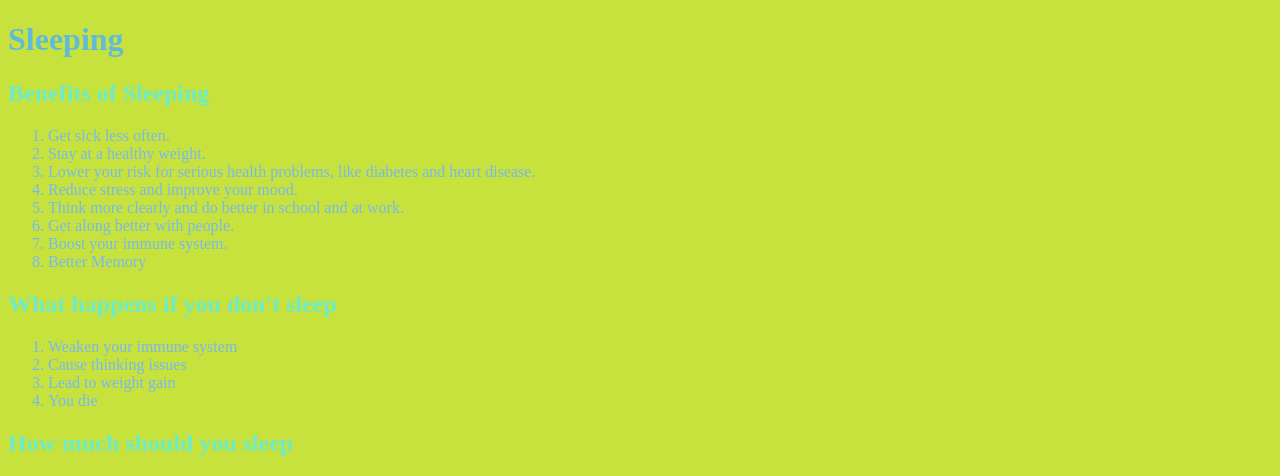
Repository: Darrenyyds/class1
Page: Myhobbies.html
An editor plug-in stored every save of this project. The page is shown before and after the next save, followed by the edit.
The browser window is 1280 px wide. The pictures show the part of the page from y = 0 to 476 px (the page is 1126 px tall).
Pictures or frames that could not be fetched are drawn as grey boxes.

Above is the page before, as saved 2023-02-04 15:13:37.

### Myhobbies.html
<!DOCTYPE html>
<html lang="en">
  <head>
    <title>My Hobbies</title>
    <meta charset="UTF-8" />
    <meta name="viewport" content="width=device-width, initial-scale=1" />
    <link href="Myhobbies.css" rel="stylesheet" />
  </head>
  <body>
    <h1>Sleeping</h1>
    <h2>Benefits of Sleeping</h2>
    <ol>
      <li>Get sick less often.</li>
      <li>Stay at a healthy weight.</li>
      <li>
        Lower your risk for serious health problems, like diabetes and heart
        disease.
      </li>
      <li>Reduce stress and improve your mood.</li>
      <li>Think more clearly and do better in school and at work.</li>
      <li>Get along better with people.</li>
      <li>Boost your immune system.</li>
      <li>Better Memory</li>
    </ol>
    <h2>What happens if you don't sleep</h2>
    <ol>
      <li>Weaken your immune system</li>
      <li>Cause thinking issues</li>
      <li>Lead to weight gain</li>
      <li>You die</li>
    </ol>
    <h2>How much should you sleep</h2>
    <div class="graph">
      <div class="graph-shadow"></div>
    </div>
    <p>
      The graph is self-explanatory, if you still can't understand it, please
      contact a mental doctor
    </p>
  </body>
</html>

### Myhobbies.css
Body {
  background-color: rgb(199, 226, 60);
}
.graph {
  background-image: url(https://www.sleepdr.com/wp-content/uploads/2016/11/Sleep-Duration-Guidelines.png);
  width: 80%;
  height: 600px;
  background-repeat: no-repeat;
  background-size: contain;
  z-index: 1;
}

.graph-shadow {
  position: relative;
  z-index: 2;
  width: 68%;
  height: 100%;
  background-color: rgba(204, 228, 160, 0.3);
}

h1 {
  color: rgb(98, 186, 218);
}
p {
  color: rgb(120, 184, 241);
}

ol {
  color: rgb(120, 184, 241);
}

h2 {
  color: rgb(108, 236, 200);
}

After the next save:
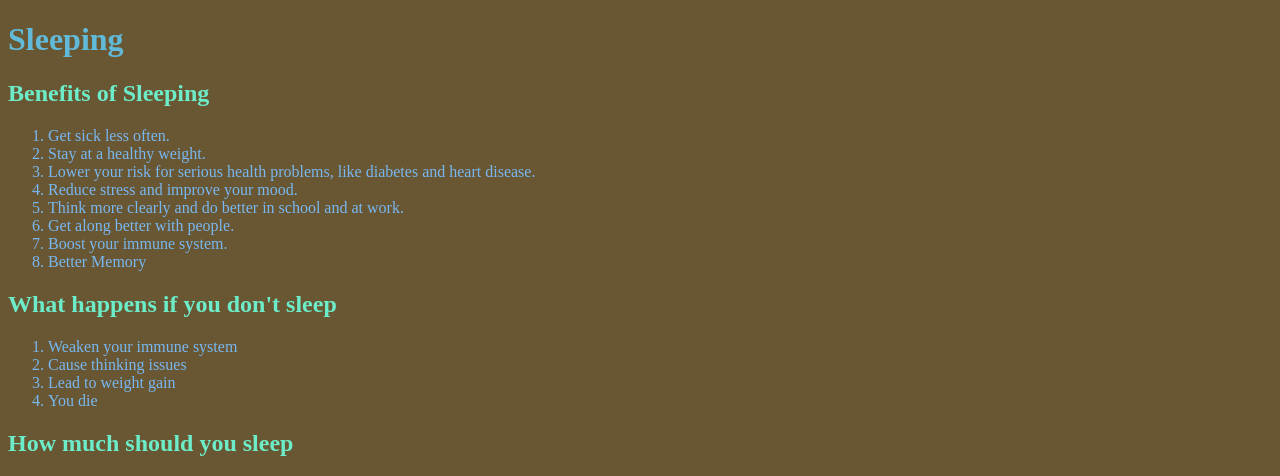
Saved 9 s later.
--- a/Myhobbies.css
+++ b/Myhobbies.css
@@ -1,5 +1,5 @@
 Body {
-  background-color: rgb(199, 226, 60);
+  background-color: rgb(105, 86, 51);
 }
 .graph {
   background-image: url(https://www.sleepdr.com/wp-content/uploads/2016/11/Sleep-Duration-Guidelines.png);
